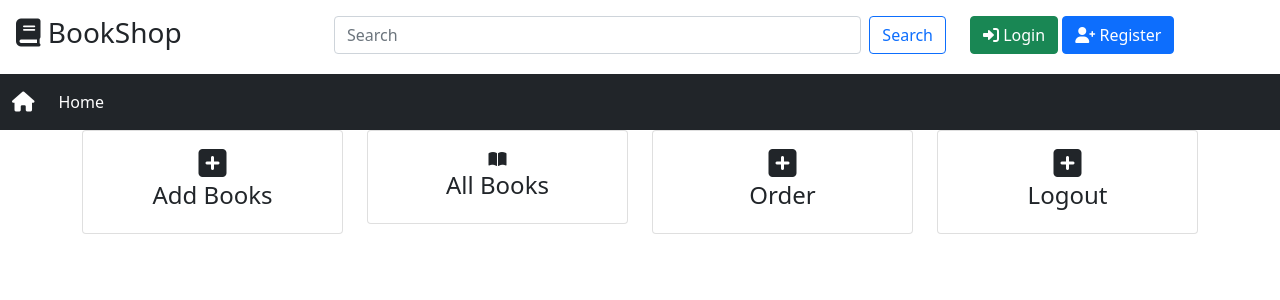
Repository: Abhishekverma23797/BookShopApp
Page: http://localhost/Ebook-App/Admin/home.jsp
An editor plug-in stored every save of this project. The page is shown before and after the next save, followed by the edit.
The browser window is 1280 px wide. The pictures show the whole page.
The page is served by Tomcat 9. Other server files are loaded and not shown.

Above is the page before, as saved 2021-12-09 08:41:22.

### Ebook-App/src/main/webapp/Admin/home.jsp
<%@ page language="java" contentType="text/html; charset=ISO-8859-1"
	pageEncoding="ISO-8859-1"%>
<%@ taglib prefix="c" uri="http://java.sun.com/jsp/jstl/core"%>
<%@page isELIgnored="false"%>
<!DOCTYPE html>
<html>
<head>
<meta charset="ISO-8859-1">
<title>Admin</title>
<%@include file="AllCss.jsp" %>
</head>
<body>
<%@include file="navbar.jsp" %>

	<div class="container">

	<div class="row">

		<div class="col-md-3">
			<!-- Add Books -->
			<div class="card">
				<div class="card-body text-center">
					<i class="fas fa-plus-square fa-2x"></i><br>
					<h4>Add Books</h4>
				</div>
			</div>

		</div>

		<div class="col-md-3">
			<!-- All Books -->
			<div class="card">
				<div class="card-body text-center">
					<i class="fas fa-book-open"></i>
					<h4>All Books</h4>
				</div>
			</div>

		</div>

		<div class="col-md-3">
			<!-- Order book -->
			<div class="card">
				<div class="card-body text-center">
					<i class="fas fa-plus-square fa-2x"></i><br>
					<h4>Order</h4>
				</div>
			</div>

		</div>

		<div class="col-md-3">
			<!--Log Out -->
			<div class="card">
				<div class="card-body text-center">
					<i class="fas fa-plus-square fa-2x"></i><br>
					<h4>Logout</h4>
				</div>
			</div>

		</div>
	</div>

	</div>

</body>
</html>

### Ebook-App/src/main/webapp/Admin/AllCss.jsp
<!-- CSS only -->
<link
	href="https://cdn.jsdelivr.net/npm/bootstrap@5.1.3/dist/css/bootstrap.min.css"
	rel="stylesheet"
	integrity="sha384-1BmE4kWBq78iYhFldvKuhfTAU6auU8tT94WrHftjDbrCEXSU1oBoqyl2QvZ6jIW3"
	crossorigin="anonymous">


<!-- JavaScript Bundle with Popper -->
<script
	src="https://cdn.jsdelivr.net/npm/bootstrap@5.1.3/dist/js/bootstrap.bundle.min.js"
	integrity="sha384-ka7Sk0Gln4gmtz2MlQnikT1wXgYsOg+OMhuP+IlRH9sENBO0LRn5q+8nbTov4+1p"
	crossorigin="anonymous"></script>


<link rel="stylesheet"
	href="https://cdnjs.cloudflare.com/ajax/libs/font-awesome/6.0.0-beta3/css/all.min.css"
	integrity="sha512-Fo3rlrZj/k7ujTnHg4CGR2D7kSs0v4LLanw2qksYuRlEzO+tcaEPQogQ0KaoGN26/zrn20ImR1DfuLWnOo7aBA=="
	crossorigin="anonymous" referrerpolicy="no-referrer" />

<link rel="stylesheet" href="style.css">

### Ebook-App/src/main/webapp/Admin/navbar.jsp

<div class="container-fluid p-3">


	<div class="row">

		<div class="col-md-3">

			<h3>

				<i class="fas fa-book"></i> BookShop
			</h3>
		</div>

		<div class="col-md-6">
			<form class="d-flex">
				<input class="form-control me-2 my-lg-0" type="search"
					placeholder="Search" aria-label="Search">
				<button class="btn btn-outline-primary" type="submit">Search</button>
			</form>
		</div>

		<div class="col-md-3">

			<a href="Login.jsp" class="btn btn-success "><i
				class="fas fa-sign-in-alt"></i> Login</a> <a href="Register.jsp"
				class="btn btn-primary"><i class="fas fa-user-plus"></i>
				Register</a>

		</div>

	</div>

</div>
<nav class="navbar navbar-expand-lg navbar-dark bg-dark bg-custom">
	<div class="container-fluid">
		<a class="navbar-brand" href="#"><i class="fas fa-home"></i></a>
		<button class="navbar-toggler" type="button" data-bs-toggle="collapse"
			data-bs-target="#navbarSupportedContent"
			aria-controls="navbarSupportedContent" aria-expanded="false"
			aria-label="Toggle navigation">
			<span class="navbar-toggler-icon"></span>
		</button>
		<div class="collapse navbar-collapse" id="navbarSupportedContent">
			<ul class="navbar-nav me-auto mb-2 mb-lg-0">
				<li class="nav-item"><a class="nav-link active"
					aria-current="page" href="#"> Home</a></li>

				</form>
		</div>
	</div>
</nav>

### Ebook-App/src/main/webapp/Admin/style.css

.bg-custom{

	background-color: #303f9f;
}

.navbar .nav-item:hover  {

	background-color: black;
	color: blue;
	border-radius: 20px

}

After the next save:
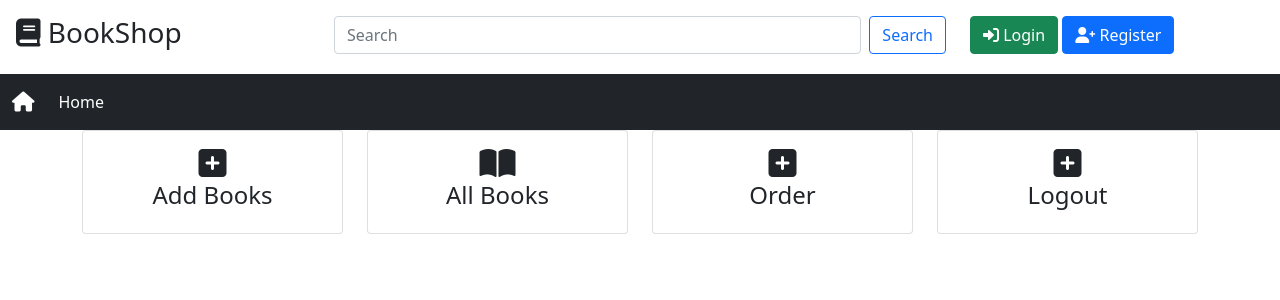
Saved 21 s later.
--- a/Ebook-App/src/main/webapp/Admin/home.jsp
+++ b/Ebook-App/src/main/webapp/Admin/home.jsp
@@ -31,7 +31,7 @@
 			<!-- All Books -->
 			<div class="card">
 				<div class="card-body text-center">
-					<i class="fas fa-book-open"></i>
+					<i class="fas fa-book-open fa-2x"></i>
 					<h4>All Books</h4>
 				</div>
 			</div>
